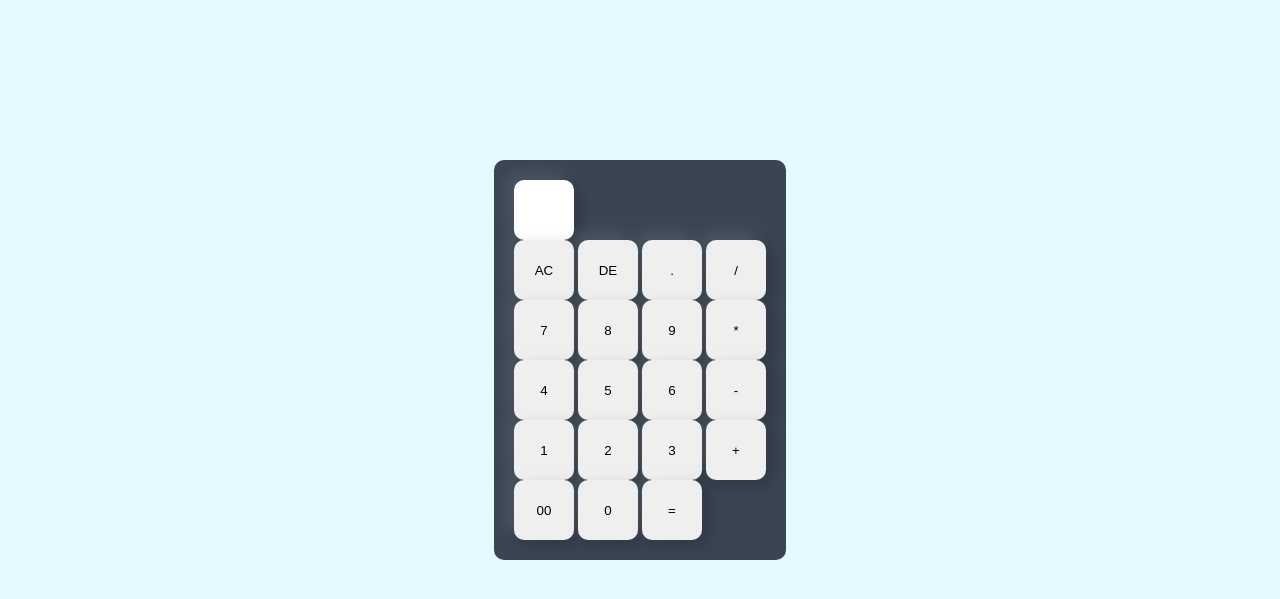
Repository: joeltorcato/CALCULATOR
Page: index.html
An editor plug-in stored every save of this project. The page is shown before and after the next save, followed by the edit.
The browser window is 1280 px wide. The pictures show the whole page.

Above is the page before, as saved 2023-12-31 19:03:48.

### index.html
<!DOCTYPE html>
<html lang="en">
<head>
    <meta charset="UTF-8">
    <meta name="viewport" content="width=device-width, initial-scale=1.0">
    <link rel="stylesheet" href="style.css">
    <title>CALCULATOR | JOEL TORCATO</title>
</head>
<body>
    <div class="container">
        <div class="calculator">
            <form>
                <div>
                    <input type="text" name="display">
                </div>
                <div>
                    <input type="button" value="AC">
                    <input type="button" value="DE">
                    <input type="button" value=".">
                    <input type="button" value="/">
                </div>
                <div>
                    <input type="button" value="7">
                    <input type="button" value="8">
                    <input type="button" value="9">
                    <input type="button" value="*">
                </div>
                <div>
                    <input type="button" value="4">
                    <input type="button" value="5">
                    <input type="button" value="6">
                    <input type="button" value="-">
                </div>
                <div>
                    <input type="button" value="1">
                    <input type="button" value="2">
                    <input type="button" value="3">
                    <input type="button" value="+">
                </div>
                <div>
                    <input type="button" value="00">
                    <input type="button" value="0">
                    <input type="button" value="=">
                </div>
            </form>
        </div>
    </div>
</body>
</html>

### style.css
*{
    margin: 0;
    padding: 0;
    font-family: 'Poppins' sans-serif;
    box-sizing: border-box;
}

/*container*/
.container{
    width: 100%;
    height: 100vh;
    background: #e3f9ff;
    display: flex;
    align-items: center;
    justify-content: center;
}

/*calculator*/
.calculator{
    background: #3a4452;
    padding: 20px;
    border-radius: 10px;
}

.calculator form input{
    border: 0;
    outline: 0;
    width: 60px;
    height: 60px;
    border-radius: 10px;
    box-shadow: -8px -8px 15px rgba(255, 255, 255, 0.1),5px 5px 15px rgba(0, 0, 0, 0.2);
}

After the next save:
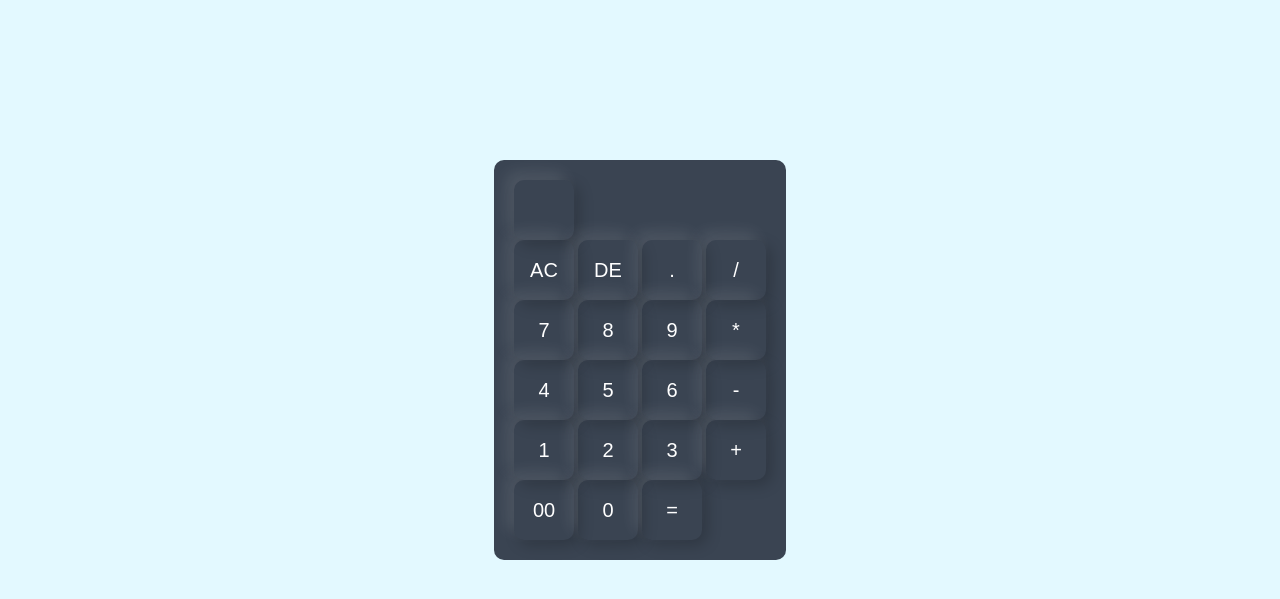
Saved 39 s later.
--- a/style.css
+++ b/style.css
@@ -29,4 +29,8 @@
     height: 60px;
     border-radius: 10px;
     box-shadow: -8px -8px 15px rgba(255, 255, 255, 0.1),5px 5px 15px rgba(0, 0, 0, 0.2);
+    background: transparent;
+    font-size: 20px;
+    color: #fff;
+    cursor: pointer;
 }
